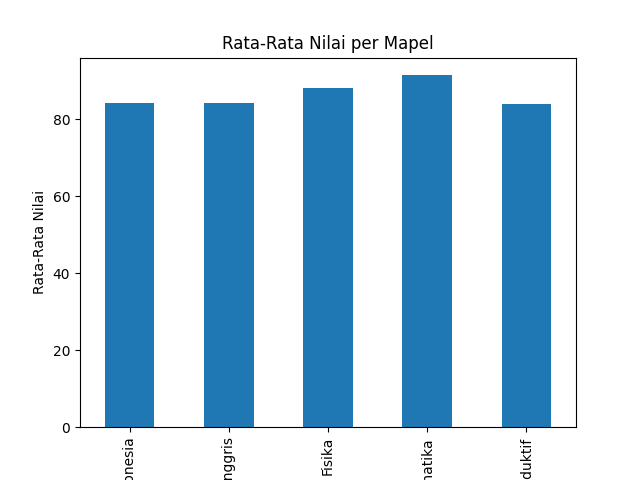
Repository: FajarrKurniawan9/pakArifinPython
Script's output: python countNilaiSiswa.py
These files come from the project's save history. The script's output is drawn as it stood at one moment and after a run of saves; the edit follows.
Each picture stacks the figures in order, with grey between them; figures that are only written to a file come last. Random numbers start from a fixed seed.

Above is the script's output before, as saved 2025-11-10 10:22:50.

### countNilaiSiswa.py
import pandas as pd
import matplotlib.pyplot as plt
import seaborn as sns

# Baca dataset nilai_siswa.csv
data = pd.read_csv('nilai_siswa.csv')

# Tampilkan informasi umum tentang dataset
data.info()

# Tampilkan 5 data pertama
data.head()

# Tampilkan statistik deskriptif dari dataset
data.describe()

# Hitung rata-rata, median, dan modus nilai mata pelajaran
print("Rata-rata:", data["Nilai"].mean())
print("Median:", data["Nilai"].median())
print("Modus:", data["Nilai"].mode()[0])

# Tampilkan nilai per mata pelajaran
matematika = data[data["Matpel"] == "Matematika"]
print(matematika)

english = data[data["Matpel"] == "Bahasa Inggris"]
print(english)

indonesia = data[data["Matpel"] == "Bahasa Indonesia"]
print(indonesia)

produktif = data[data["Matpel"] == "Produktif"]
print(produktif)

# Tampilkan nilai maksimum dan minimum per mata pelajaran
data.groupby("Matpel")["Nilai"].agg(["max","min"])

# Visualisasi Distribusi Nilai
rata = data.groupby("Matpel")["Nilai"].mean()
rata.plot(kind='bar')
plt.title('Rata-Rata Nilai per Mapel')
plt.xlabel('Mata Pelajaran')
plt.ylabel('Rata-Rata Nilai')
plt.show()

sns.boxplot(x='Matpel', y='Nilai', data=data)
plt.title('Sebaran Nilai per Mapel')

### nilai_siswa.csv
Nama,Matpel,Nilai
Ade,Bahasa Indonesia,87
Aira,Bahasa Indonesia,88
Badi,Bahasa Inggris,78
Cyla,Bahasa Inggris,90
Khansa,Matematika,98
Maya,Bahasa Inggris,85
Dwi,Matematika,85
Raka,Fisika,95
Rasya,Fisika,90
Mala,Produktif,80
Sania,Fisika,86
Agus,Bahasa Indonesia,87
Gilam,Bahasa Indonesia,75
Rudi,Fisika,75
Faizal,Produktif,80
Hanif,Produktif,90
Danish,Produktif,85
Darian,Produktif,85
Evelyn,Fisika,90
Raina,Fisika,95
Ade,Fisika,90
Rasya,Fisika,85

After the next 7 saves:
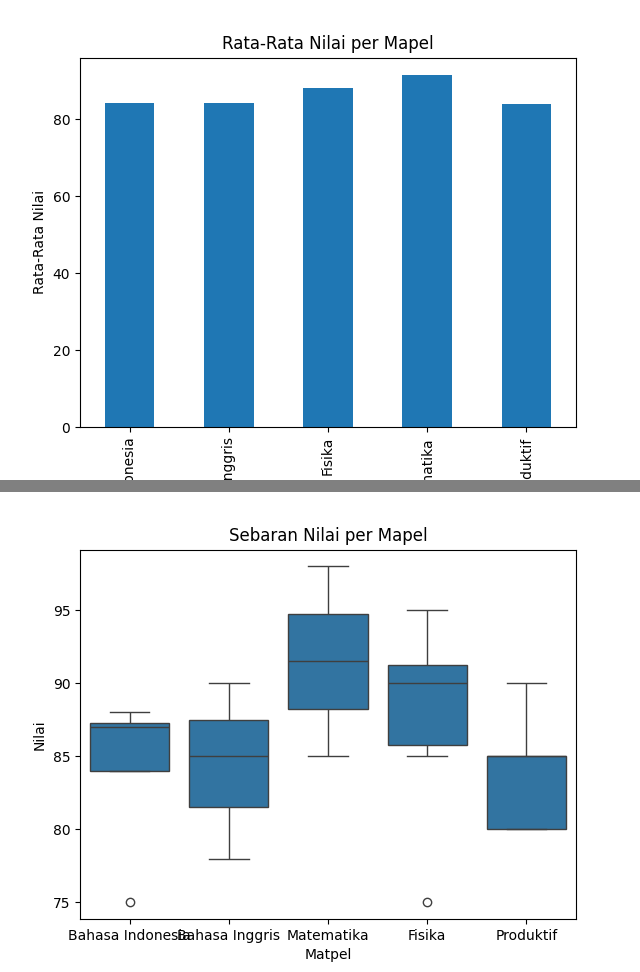
The 7 saves are shown as one change because they came seconds apart.
The last was saved 22 s later.
--- a/countNilaiSiswa.py
+++ b/countNilaiSiswa.py
@@ -43,5 +43,7 @@ plt.xlabel('Mata Pelajaran')
 plt.ylabel('Rata-Rata Nilai')
 plt.show()
 
+# Visualisasi Sebaran Nilai
 sns.boxplot(x='Matpel', y='Nilai', data=data)
 plt.title('Sebaran Nilai per Mapel')
+plt.show()
